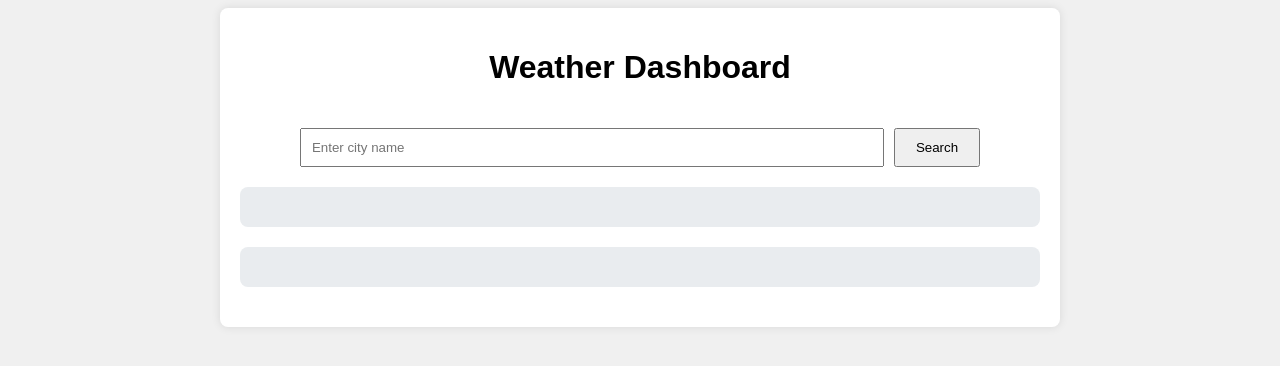
Repository: PaigeC001/WeatherOutlookTracker
Page: WeatherOutlookTracker/index.html
These files come from the project's save history. The page is drawn as it stood at one moment and after the next save; the edit follows.
The browser window is 1280 px wide. The pictures show the whole page.

Above is the page before, as saved 2024-07-16 04:00:43.

### WeatherOutlookTracker/index.html
<!DOCTYPE html>
<html lang="en">
<head>
    <meta charset="UTF-8">
    <meta name="viewport" content="width=device-width, initial-scale=1.0">
    <title>Weather Dashboard</title>
    <link rel="stylesheet" href="styles.css">
</head>
<body>
    <div class="container">
        <h1>Weather Dashboard</h1>
    </header>
    <main>
        <section class="search-section"></section>
    </main>
        <div class="search-section">
            <input type="text" id="city-input" placeholder="Enter city name">
            <button id="search-button">Search</button>
        </div>
        <div class="search-history" id="search-history"></div>
        <div class="current-weather" id="current-weather"></div>
        <div class="forecast" id="forecast"></div>
    </div>
    <script src="script.js"></script>
</body>
</html>

### WeatherOutlookTracker/styles.css
body {
    font-family: Arial, sans-serif;
    background-color: #f0f0f0;
}

.container {
    max-width: 800px;
    margin: auto;
    padding: 20px;
    background-color: white;
    border-radius: 8px;
    box-shadow: 0 0 10px rgba(0, 0, 0, 0.1);
}

h1 {
    text-align: center;
}

.search-section {
    display: flex;
    justify-content: center;
    margin-bottom: 20px;
}

#city-input {
    width: 70%;
    padding: 10px;
    margin-right: 10px;
}

#search-button {
    padding: 10px 20px;
    cursor: pointer;
}

.search-history {
    margin-bottom: 20px;
}

.search-history button {
    display: block;
    width: 100%;
    margin: 5px 0;
    padding: 10px;
    cursor: pointer;
    background-color: #007bff;
    color: white;
    border: none;
    border-radius: 4px;
}

.current-weather, .forecast {
    margin-bottom: 20px;
    padding: 20px;
    background-color: #e9ecef;
    border-radius: 8px;
}

.forecast .forecast-item {
    display: inline-block;
    width: 18%;
    margin-right: 2%;
    background-color: white;
    padding: 10px;
    border-radius: 8px;
    text-align: center;
}

### WeatherOutlookTracker/script.js
const apiKey = 'fe4d8bc132a06db690ae7d80bd8988ae';
const searchButton = document.getElementById('search-button');
const cityInput = document.getElementById('city-input');
const currentWeather = document.getElementById('current-weather');
const forecast = document.getElementById('forecast');
const searchHistory = document.getElementById('search-history');

let cities = [];

searchButton.addEventListener('click', () => {
    const city = cityInput.value;
    if (city && !cities.includes(city)) {
        cities.push(city);
        updateSearchHistory();
        getWeather(city);
    }
});

searchHistory.addEventListener('click', (event) => {
    if (event.target.tagName === 'BUTTON') {
        const city = event.target.textContent;
        getWeather(city);
    }
});

function updateSearchHistory() {
    searchHistory.innerHTML = '';
    cities.forEach(city => {
        const button = document.createElement('button');
        button.textContent = city;
        searchHistory.appendChild(button);
    });
}

function getWeather(city) {
    fetch(`https://api.openweathermap.org/data/2.5/weather?q=${city}&appid=${apiKey}&units=metric`)
        .then(response => response.json())
        .then(data => {
            displayCurrentWeather(data);
            return fetch(`https://api.openweathermap.org/data/2.5/forecast?q=${city}&appid=${apiKey}&units=metric`);
        })
        .then(response => response.json())
        .then(data => {
            displayForecast(data);
        })
        .catch(error => {
            console.error('Error fetching weather data:', error);
        });
}

function displayCurrentWeather(data) {
    const { name, dt, weather, main, wind } = data;
    currentWeather.innerHTML = `
        <h2>${name}</h2>
        <p>${new Date(dt * 1000).toLocaleDateString()}</p>
        <img src="https://openweathermap.org/img/wn/${weather[0].icon}.png" alt="${weather[0].description}">
        <p>Temperature: ${main.temp} °C</p>
        <p>Humidity: ${main.humidity}%</p>
        <p>Wind Speed: ${wind.speed} m/s</p>
    `;
}

function displayForecast(data) {
    forecast.innerHTML = '<h3>5-Day Forecast</h3>';
    const forecastList = data.list.filter((_, index) => index % 8 === 0);
    forecastList.forEach(item => {
        const { dt, weather, main, wind } = item;
        const forecastItem = document.createElement('div');
        forecastItem.className = 'forecast-item';
        forecastItem.innerHTML = `
            <p>${new Date(dt * 1000).toLocaleDateString()}</p>
            <img src="https://openweathermap.org/img/wn/${weather[0].icon}.png" alt="${weather[0].description}">
            <p>Temp: ${main.temp} °C</p>
            <p>Humidity: ${main.humidity}%</p>
            <p>Wind: ${wind.speed} m/s</p>
        `;
        forecast.appendChild(forecastItem);
    });
}

After the next save:
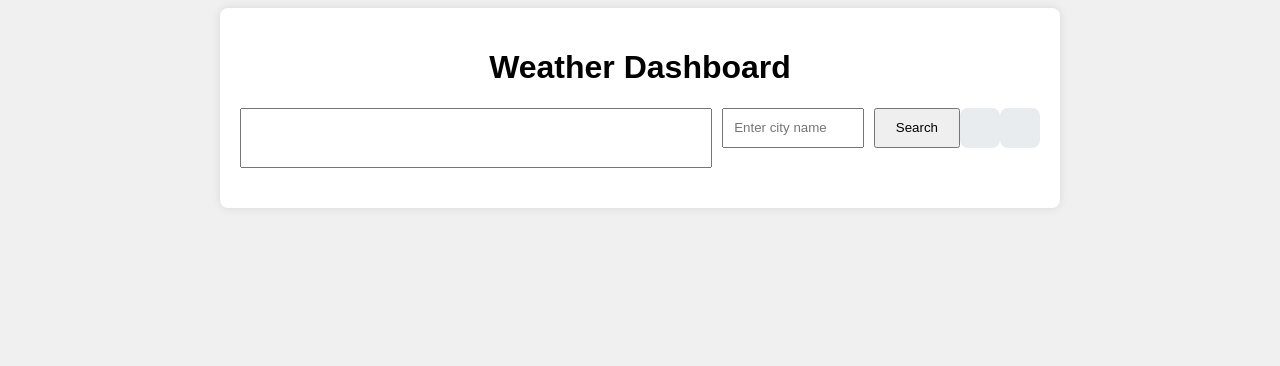
Saved 57 s later.
--- a/WeatherOutlookTracker/index.html
+++ b/WeatherOutlookTracker/index.html
@@ -11,7 +11,8 @@
         <h1>Weather Dashboard</h1>
     </header>
     <main>
-        <section class="search-section"></section>
+        <section class="search-section">
+            <input type="text" id="city-input" place
     </main>
         <div class="search-section">
             <input type="text" id="city-input" placeholder="Enter city name">
